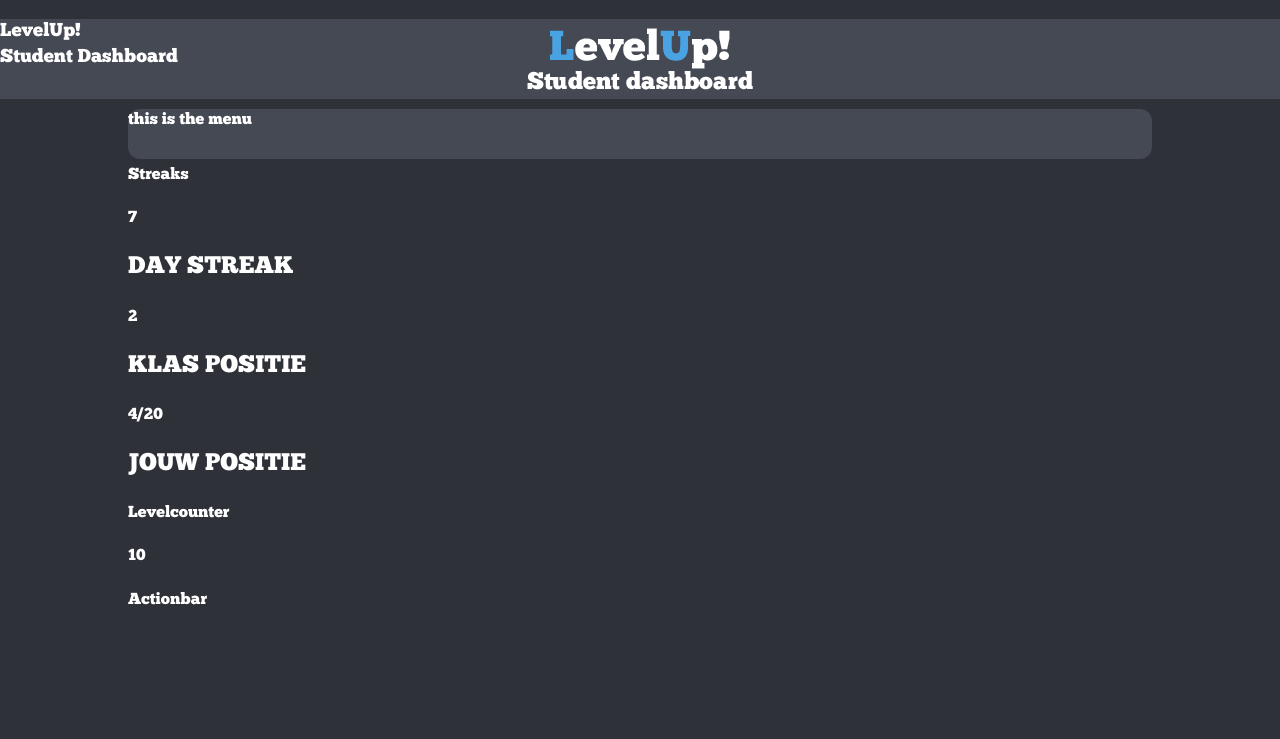
Repository: boblanckenburg/levelup
Page: website/src/index.html
The author's editor kept a copy of each file at every save. The page is drawn from the files as they stood at one save, then again after the next save.
The browser window is 1280 px wide. The pictures show the whole page.

Above is the page before, as saved 2014-09-17 14:53:12.

After the next save:
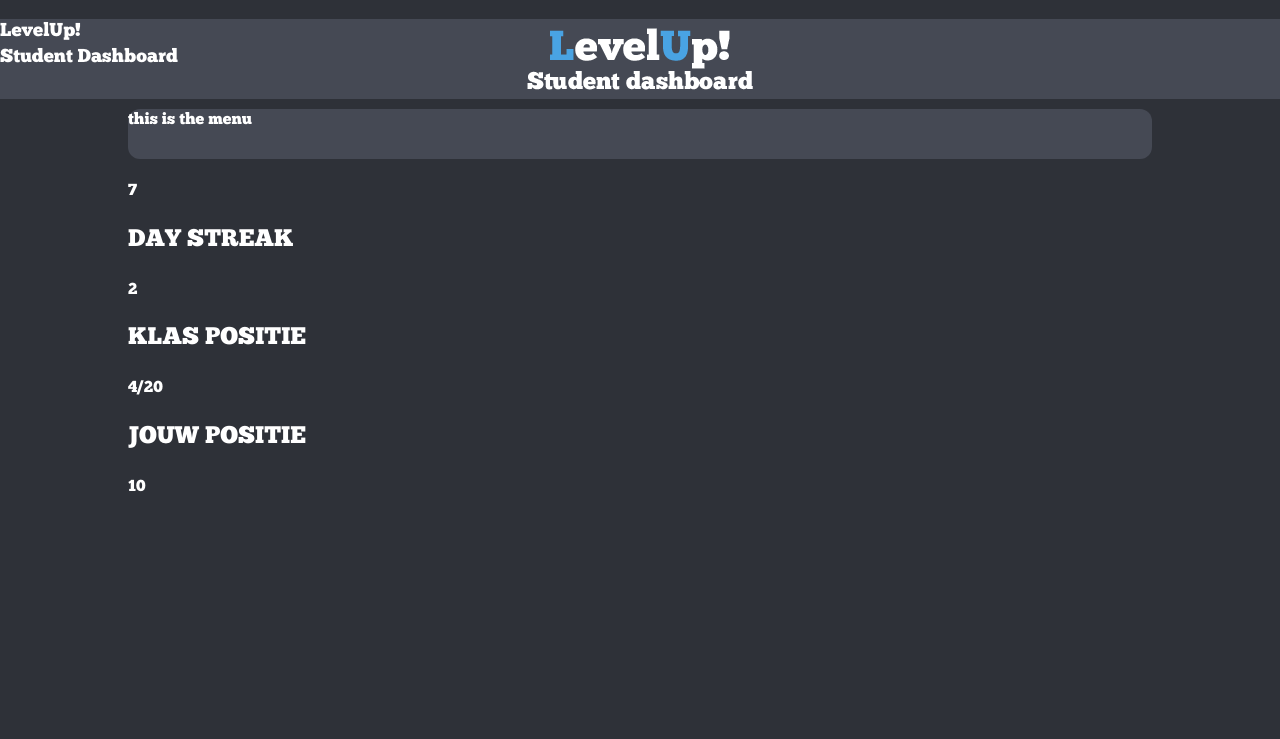
Saved 5 min 7 s later.
--- a/website/src/index.html
+++ b/website/src/index.html
@@ -27,7 +27,6 @@
 			</section>
 			<section class="content">
 				<section class="streaks">
-					Streaks
 					<div class="streakitem">
 						<h1>7</h1>
 						<h2>DAY STREAK</h2>
@@ -42,11 +41,9 @@
 					</div>
 				</section>
 				<section class="levelcounter">
-					Levelcounter
 					<h1>10</h1>
 				</section>
 				<section class="actionbar">
-					Actionbar
 				</section>
 			</section>
 		</section>
